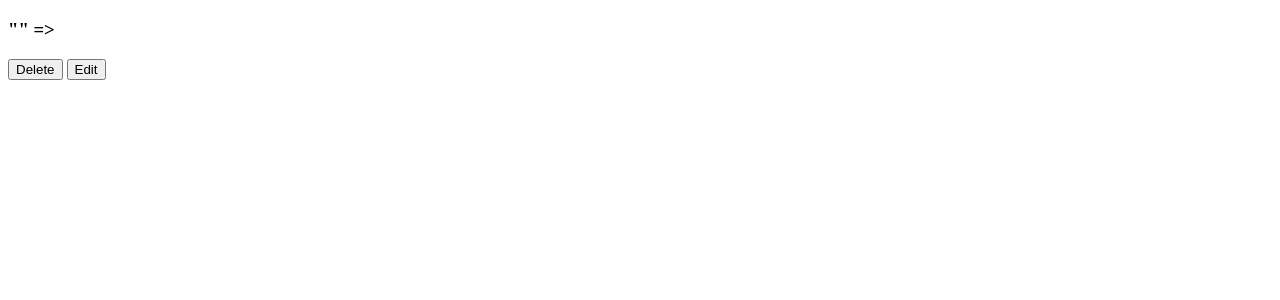
Repository: Toni95/workspace
Page: curs15-Promises-Homework/index.html
The author's editor kept a record of every edit. The page is drawn from the files as they stood at one moment, then again after the next edit.
The browser window is 1280 px wide. The pictures show the whole page.
The page's requests for data from a server got no answer. Some web libraries are served in a nearby version.

Above is the page before.

### curs15-Promises-Homework/index.html
<!DOCTYPE html>
<html lang="en">
<head>
    <title>Promises</title>
    <script src="https://code.jquery.com/jquery-3.2.1.min.js"
            integrity="sha256-hwg4gsxgFZhOsEEamdOYGBf13FyQuiTwlAQgxVSNgt4="
            crossorigin="anonymous"></script>
    <script type="text/javascript" src="js/script-fetch.js"></script>
</head>
<body>
   <div id="articles"></div>

   <div id="template">
       <h3 class="article-header">
           "<span class="joke-id"></span>" => <span class="article-title"></span>
       </h3>
       <p class="joke"></p>
       <p class="article-comments"></p>
       <div>
           <input type="submit" class="article-delete" value="Delete" />
           <input type="submit" class="article-edit" value="Edit" />
       </div>
   </div>
</body>
</html>

### curs15-Promises-Homework/js/script-fetch.js
/* global $ */
$(onHtmlLoaded);

function onHtmlLoaded() {
    var jokesRootUrl = "https://api.icndb.com/jokes";

   getJokesFromApi(jokesRootUrl)

        .then(get10Jokes, displayError)
        .then(function(response) {
            console.log('2', response.length);
            displayJokes(response, jokesRootUrl);
            return 1726;
        })
        .then(function(response2) {
            x.a = 2; /* global x */
            console.log(response2);
        })
        .catch(console.log);
}

function getJokesFromApi(jokesRootUrl) {
     var futureResponseFromAPI = fetch(jokesRootUrl, {
         method: 'GET'
     }).then(function(response) {
         return response.json();
     });

     return futureResponseFromAPI
     .then(function(j) {
         console.log('1', j.value.length);

         var jokes = j.value.slice(0, 30);
         return jokes;
     });
}

function get10Jokes(jokes) {
    return jokes.slice(0, 10);
}

function displayJokes(jokes, jokesRootUrl) {

    var template = document.getElementById("template");
    var jokesContainer = document.getElementById("jokes");

    for (var i = 0; i < 10; i++) {

        var jokeClone = template.cloneNode(true);
        jokeClone.id = "joke_" + jokes[i].id;

        var jokeId = jokeClone.querySelector(".joke-id");
        jokeId.innerHTML = jokes[i].id + ". " + jokes[i].joke;

        jokesContainer.appendChild(jokeClone);
    }
}

function displayError(jqXHR, textStatus, errorThrown) {
    console.log(jqXHR, textStatus, errorThrown);
    var jokesContainer = document.getElementById("jokes");
    jokesContainer.innerHTML =
    "We're sorry. The request failed with status " + jqXHR.status;
}

After the next edit:
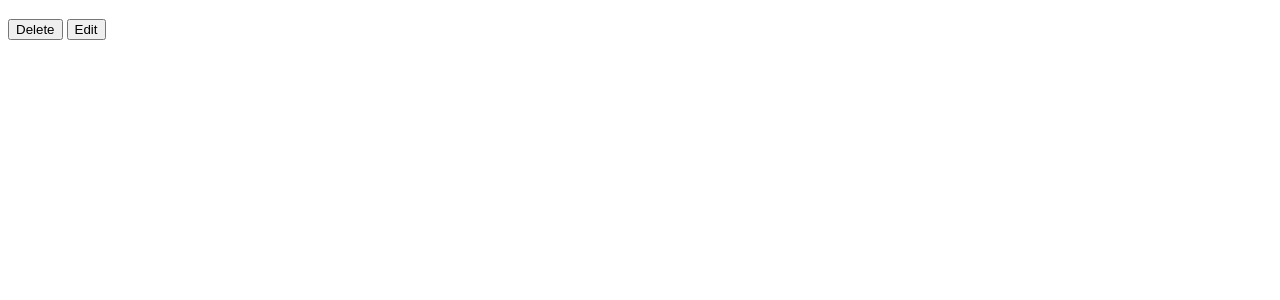
The edit:
--- a/curs15-Promises-Homework/index.html
+++ b/curs15-Promises-Homework/index.html
@@ -12,7 +12,7 @@
 
    <div id="template">
        <h3 class="article-header">
-           "<span class="joke-id"></span>" => <span class="article-title"></span>
+        <span class="joke-id"></span>
        </h3>
        <p class="joke"></p>
        <p class="article-comments"></p>

After the edit that followed:
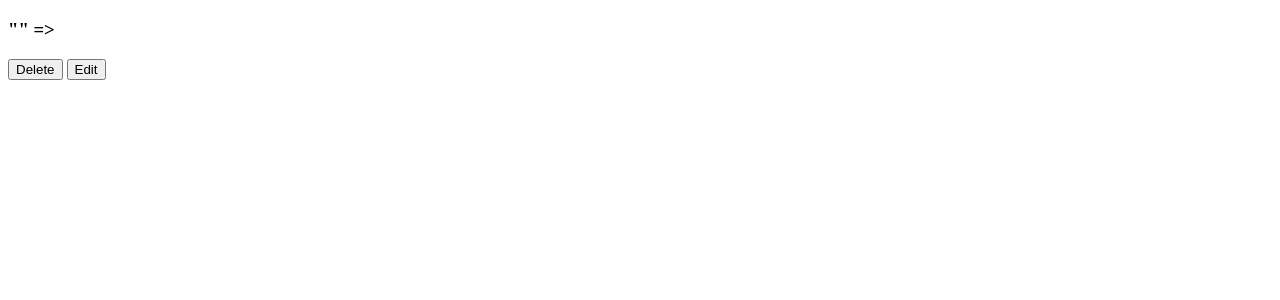
The edit:
--- a/curs15-Promises-Homework/index.html
+++ b/curs15-Promises-Homework/index.html
@@ -12,7 +12,7 @@
 
    <div id="template">
        <h3 class="article-header">
-        <span class="joke-id"></span>
+           "<span class="article-id"></span>" => <span class="article-title"></span>
        </h3>
        <p class="joke"></p>
        <p class="article-comments"></p>
